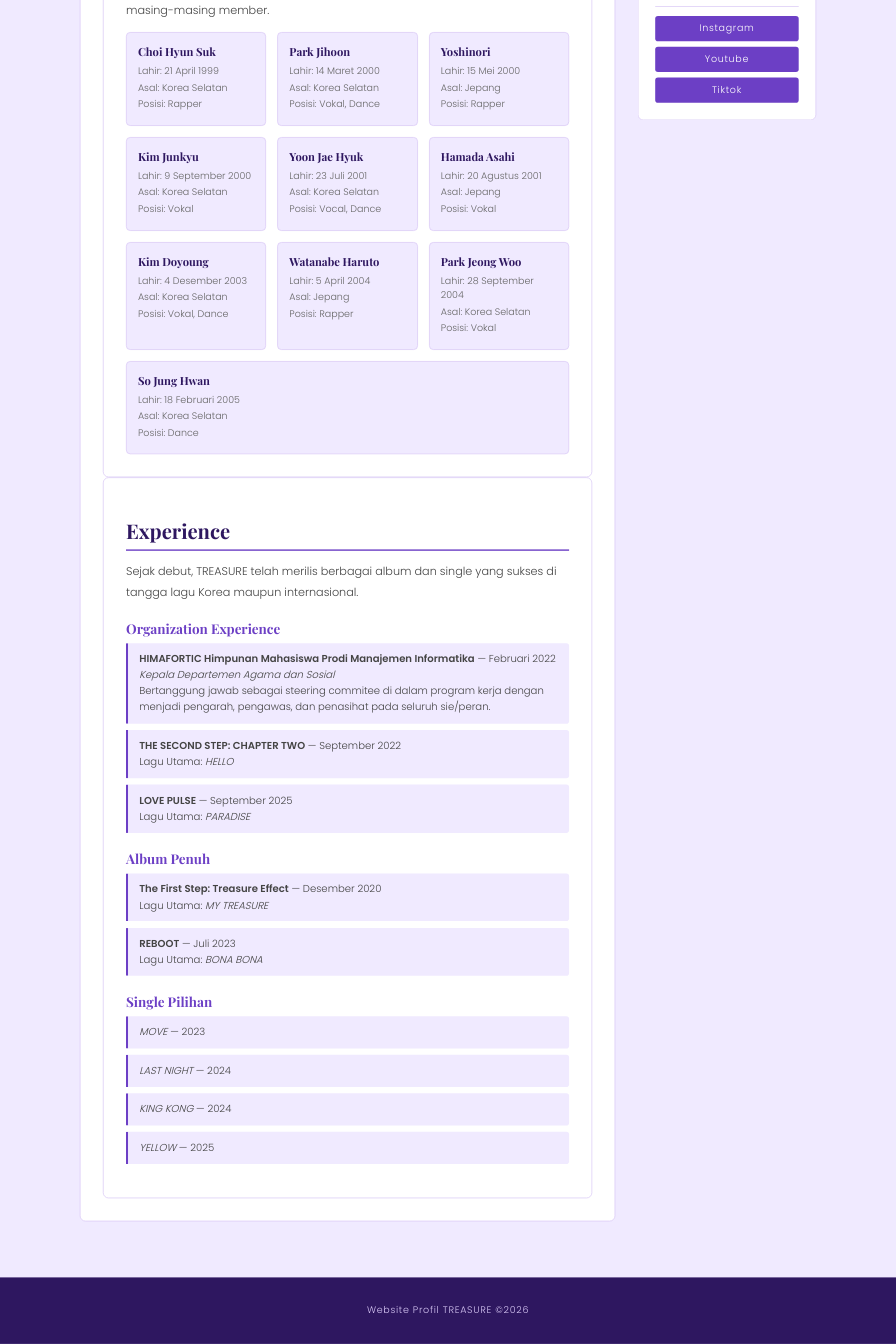
Repository: VergiMutiaRahmasyani/Website-Portofolio
Page: index.html
An editor plug-in stored every save of this project. The page is shown before and after the next save, followed by the edit.
The browser window is 1280 px wide. The pictures show the part of the page from y = 967 to 2887 px (the page is 2887 px tall before and 2849 px after), at 70% of full size.

Above is the page before, as saved 2026-03-07 11:42:45.

### index.html
<!DOCTYPE html>
<html>
    <head>
        <meta charset="utf-8" />
        <meta name="viewport" content="width=device-width, initial-scale=1.0" />
        <title>Portofolio Vergi</title>

        <!-- My Own CSS -->
        <link rel="stylesheet" href="css/style.css" />

        <!-- Google Fonts -->
        <link rel="preconnect" href="https://fonts.googleapis.com">
        <link rel="preconnect" href="https://fonts.gstatic.com" crossorigin>
        <link href="https://fonts.googleapis.com/css2?family=Playfair+Display:wght@400;700&family=Poppins:wght@300;400;600&display=swap" rel="stylesheet">
    </head>

    <body>

        <!-- HEADER -->
        <header class="site-header">

            <!-- NAVBAR -->
            <div class="navbar">
                <nav class="nav-list">
                    <ul>
                        <li><a href="#About">About Me</a></li>
                        <li><a href="#Work">Work</a></li>
                        <li><a href="Project">Project</a></li>
                        <li><a href="#Education">Education</a></li>
                        <li><a href="Organization">Organization</a></li>
                        <li><a href="https://drive.google.com/file/d/13-ep7ykiG-k7d2KfzBZSPx55XoqW1qHe/view?usp=sharing" target="_blank"> Resume</a></li>
                    </ul>
                </nav>
            </div>

            <div class="hero">
                <div class="hero-overlay">
                    <h1>Welcome, <br> To My Portofolio!</h1>
                </div>
            </div>

        </header>

        <!-- MAIN -->
        <main>
            <div class="content-wrapper">
                <div id="content">
                    <article id="About">
                        <h2>About Me</h2>
                        <p>
                            Saya seorang mahasiswa semester 6 Program Studi Manajemen Informatika di Universitas yang memiliki rasa
                            ingin tahu dan semangat yang besar. Dengan memiliki peminatan pada UI/UX Design dan Web Development,
                            saya telah berpengalaman dalam menciptakan solusi digital yang user-friendly dan berdampak. Melalui
                            kombinasi hard skills dan soft skills yang saya miliki, saya siap untuk beradaptasi dan memberikan kontribusi
                            nyata pada setiap proyek yang dijalankan.
                        </p>


                    <article id="Project">
                        <h2>Featured Project</h2>
                        <p>
                            TREASURE saat ini memiliki 10 anggota aktif. Berikut adalah profil singkat masing-masing member.
                        </p>

                        <div class="member-list">
                            <div class="member-card">
                                <h3>Choi Hyun Suk</h3>
                                <p>Lahir: 21 April 1999</p>
                                <p>Asal: Korea Selatan</p>
                                <p>Posisi: Rapper</p>
                            </div>
                            <div class="member-card">
                                <h3>Park Jihoon</h3>
                                <p>Lahir: 14 Maret 2000</p>
                                <p>Asal: Korea Selatan</p>
                                <p>Posisi: Vokal, Dance</p>
                            </div>
                            <div class="member-card">
                                <h3>Yoshinori</h3>
                                <p>Lahir: 15 Mei 2000</p>
                                <p>Asal: Jepang</p>
                                <p>Posisi: Rapper</p>
                            </div>
                            <div class="member-card">
                                <h3>Kim Junkyu</h3>
                                <p>Lahir: 9 September 2000</p>
                                <p>Asal: Korea Selatan</p>
                                <p>Posisi: Vokal</p>
                            </div>
                            <div class="member-card">
                                <h3>Yoon Jae Hyuk</h3>
                                <p>Lahir: 23 Juli 2001</p>
                                <p>Asal: Korea Selatan</p>
                                <p>Posisi: Vocal, Dance</p>
                            </div>
                            <div class="member-card">
                                <h3>Hamada Asahi</h3>
                                <p>Lahir: 20 Agustus 2001</p>
                                <p>Asal: Jepang</p>
                                <p>Posisi: Vokal</p>
                            </div>
                            <div class="member-card">
                                <h3>Kim Doyoung</h3>
                                <p>Lahir: 4 Desember 2003</p>
                                <p>Asal: Korea Selatan</p>
                                <p>Posisi: Vokal, Dance</p>
                            </div>
                            <div class="member-card">
                                <h3>Watanabe Haruto</h3>
                                <p>Lahir: 5 April 2004</p>
                                <p>Asal: Jepang</p>
                                <p>Posisi: Rapper</p>
                            </div>
                            <div class="member-card">
                                <h3>Park Jeong Woo</h3>
                                <p>Lahir: 28 September 2004</p>
                                <p>Asal: Korea Selatan</p>
                                <p>Posisi: Vokal</p>
                            </div>
                            <div class="member-card">
                                <h3>So Jung Hwan</h3>
                                <p>Lahir: 18 Februari 2005</p>
                                <p>Asal: Korea Selatan</p>
                                <p>Posisi: Dance</p>
                            </div>
                        </div>
                    </article>

                    <article id="pengalaman">
                        <h2>Experience</h2>
                        <p>
                            Sejak debut, TREASURE telah merilis berbagai album dan single yang sukses di tangga lagu Korea maupun internasional.
                        </p>

                        <h3> Organization Experience </h3>
                        <ul class="pengalaman-list">
                            <li>
                                <strong>HIMAFORTIC Himpunan Mahasiswa Prodi Manajemen Informatika</strong> — Februari 2022
                                <br><em>Kepala Departemen Agama dan Sosial</em>
                                <br>Bertanggung jawab sebagai steering commitee di dalam program kerja dengan menjadi pengarah,
                                pengawas, dan penasihat  pada seluruh sie/peran.
                            </li>
                            <li>
                                <strong>THE SECOND STEP: CHAPTER TWO</strong> — September 2022
                                <br>Lagu Utama: <em>HELLO</em>
                            </li>
                            <li>
                                <strong>LOVE PULSE</strong> — September 2025
                                <br>Lagu Utama: <em>PARADISE</em>
                            </li>
                        </ul>

                        <h3>Album Penuh</h3>
                        <ul class="pengalaman-list">
                            <li>
                                <strong>The First Step: Treasure Effect</strong> — Desember 2020
                                <br>Lagu Utama: <em>MY TREASURE</em>
                            </li>
                            <li>
                                <strong>REBOOT</strong> — Juli 2023
                                <br>Lagu Utama: <em>BONA BONA</em>
                            </li>
                        </ul>

                        <h3>Single Pilihan</h3>
                        <ul class="pengalaman-list">
                            <li><em>MOVE</em> — 2023</li>
                            <li><em>LAST NIGHT</em> — 2024</li>
                            <li><em>KING KONG</em> — 2024</li>
                            <li><em>YELLOW</em> — 2025</li>
                        </ul>
                    </article>

                </div>

                <!-- ASIDE -->
                <aside>
                    <div class="aside-inner">
                        <h3>Info Singkat</h3>
                        <img src="https://assets.promediateknologi.id/crop/102x655:921x1098/750x0/webp/photo/2023/07/03/F0HwG4daEAE8TSh-2407782942.jpg" alt="Logo TREASURE" class="aside-img" />
                        <ul class="aside-info">
                            <li><strong>Debut:</strong> 7 Agustus 2020</li>
                            <li><strong>Agensi:</strong> YG Entertainment</li>
                            <li><strong>Member:</strong> 10 orang</li>
                            <li><strong>Fandom:</strong> TREASURE MAKER</li>
                            <li><strong>Genre:</strong> K-Pop, Hip-Hop, R&B</li>
                        </ul>

                        <h3>Media Sosial</h3>
                        <ul class="aside-social">
                            <li><a href="https://www.instagram.com/yg_treasure_official/" target="_blank">Instagram</a></li>
                            <li><a href="https://www.youtube.com/@TREASURE" target="_blank">Youtube</a></li>
                            <li><a href="https://tiktok.com/@yg_treasure_tiktok" target="_blank">Tiktok</a></li>
                        </ul>
                    </div>
                </aside>
            </div>

        </main>

        <!-- FOOTER -->
        <footer>
            <p>Website Profil TREASURE &copy;2026 </p>
        </footer>

    </body>
</html>

### css/style.css
*,
*::before,
*::after {
    box-sizing: border-box;
}

/* =====================
   PALET WARNA UNGU
   --ungu-gelap   : #2e1760  (navbar, footer)
   --ungu-utama   : #6c3fc5  (aksen utama)
   --ungu-sedang  : #9b6ee0  (hover, border)
   --ungu-muda    : #d8c8f5  (border ringan)
   --ungu-pucat   : #f0eaff  (background halaman)
   ===================== */

body {
    font-family: 'Poppins', sans-serif;
    font-weight: 300;
    background-color: #f0eaff;
    color: #1a1a1a;
    margin: 0;
}


/* =====================
   HEADER
   ===================== */

header.site-header {
    background-color: #2e1760;
    color: white;
}

/* NAVBAR */
header.site-header .navbar {
    padding: 1rem 2rem;
    position: fixed;
    top: 0;
    left: 0;
    right: 0;
    width: 100%;
    z-index: 999;
    background-color: #2e1760;
}

header.site-header .nav-list ul {
    list-style: none;
    padding: 0;
    margin: 0;

    display: flex;
    justify-content: center;
    gap: 2rem;
}

header.site-header .nav-list li a {
    text-decoration: none;
    color: #d8c8f5;
    font-size: 0.9rem;
    font-weight: 400;
    letter-spacing: 1px;
    transition: color 0.2s ease;
}

header.site-header .nav-list li a:hover {
    color: white;
}

/* HERO */
header.site-header .hero {
    position: relative;
    width: 100%;
    height: 420px;
    overflow: hidden;
    margin-top: 57px;
}

header.site-header .hero .hero-img {
    width: 100%;
    height: 100%;
    object-fit: cover;
    object-position: top;
    opacity: 0.4;
    display: block;
}

header.site-header .hero .hero-overlay {
    position: absolute;
    inset: 0;

    display: flex;
    align-items: center;
    justify-content: center;
}

header.site-header .hero .hero-overlay h1 {
    font-family: 'Playfair Display', serif;
    font-size: 5rem;
    letter-spacing: 10px;
    color: white;
    margin: 0;
    text-align: center;
}


/* =====================
   MAIN & LAYOUT
   ===================== */

main {
    max-width: 1100px;
    margin-inline: auto;
    padding: 2rem 1.5rem;
}

.content-wrapper {
    display: flex;
    gap: 2rem;
    align-items: flex-start;
}

#content {
    flex: 3;

    display: flex;
    flex-direction: column;
    gap: 2rem;
}


/* =====================
   ARTICLE
   ===================== */

article {
    background-color: white;
    border: 1px solid #d8c8f5;
    border-radius: 8px;
    padding: 2rem;
}

article h2 {
    font-family: 'Playfair Display', serif;
    font-size: 1.8rem;
    margin-bottom: 1rem;
    padding-bottom: 0.5rem;
    border-bottom: 2px solid #6c3fc5;
    color: #2e1760;
}

article h3 {
    font-family: 'Playfair Display', serif;
    font-size: 1.2rem;
    margin-top: 1.5rem;
    margin-bottom: 0.5rem;
    color: #6c3fc5;
}

article p {
    line-height: 1.8;
    margin-bottom: 1rem;
    color: #444;
}


/* =====================
   TABEL INFO
   ===================== */

.info-table {
    width: 100%;
    border-collapse: collapse;
    margin-top: 1.5rem;
}

.info-table th,
.info-table td {
    padding: 0.6rem 1rem;
    text-align: left;
    border-bottom: 1px solid #d8c8f5;
    font-size: 0.95rem;
}

.info-table th {
    width: 35%;
    font-weight: 600;
    color: #2e1760;
    background-color: #f0eaff;
}

.info-table td {
    color: #444;
}


/* =====================
   MEMBER CARDS
   ===================== */

.member-list {
    display: flex;
    flex-wrap: wrap;
    gap: 1rem;
    margin-top: 1rem;
}

.member-card {
    flex: 1 1 160px;
    background-color: #f0eaff;
    border: 1px solid #d8c8f5;
    border-radius: 6px;
    padding: 1rem;
}

.member-card h3 {
    font-size: 1rem;
    margin-top: 0;
    margin-bottom: 0.5rem;
    color: #2e1760;
}

.member-card p {
    font-size: 0.85rem;
    color: #666;
    margin: 0.2rem 0;
    line-height: 1.5;
}


/* =====================
   ALBUM LIST
   ===================== */

.pengalaman-list {
    list-style: none;
    padding: 0;
    margin: 0.5rem 0 1rem 0;

    display: flex;
    flex-direction: column;
    gap: 0.6rem;
}

.pengalaman-list li {
    padding: 0.7rem 1rem;
    background-color: #f0eaff;
    border-left: 3px solid #6c3fc5;
    border-radius: 0 4px 4px 0;
    font-size: 0.9rem;
    color: #444;
    line-height: 1.6;
}


/* =====================
   ASIDE
   ===================== */

aside {
    flex: 1;
    position: sticky;
    top: 80px;
}

aside .aside-inner {
    background-color: white;
    border: 1px solid #d8c8f5;
    border-radius: 8px;
    padding: 1.5rem;
}

aside h3 {
    font-family: 'Playfair Display', serif;
    font-size: 1.1rem;
    margin-top: 1.2rem;
    margin-bottom: 0.8rem;
    padding-bottom: 0.4rem;
    border-bottom: 1px solid #d8c8f5;
    color: #2e1760;
}

aside h3:first-child {
    margin-top: 0;
}

.aside-img {
    width: 100%;
    max-width: 250px;
    height: 200px;
    object-fit: cover;
    object-position: top;
    display: block;
    margin: 0.5rem auto 1rem auto;
    border-radius: 6px;
}

.aside-info {
    list-style: none;
    padding: 0;
    margin: 0;

    display: flex;
    flex-direction: column;
    gap: 0.4rem;
}

.aside-info li {
    font-size: 0.85rem;
    color: #444;
    line-height: 1.6;
}

.aside-social {
    list-style: none;
    padding: 0;
    margin: 0;

    display: flex;
    flex-direction: column;
    gap: 0.5rem;
}

.aside-social li a {
    display: block;
    text-align: center;
    padding: 0.5rem;
    background-color: #6c3fc5;
    color: white;
    text-decoration: none;
    border-radius: 4px;
    font-size: 0.85rem;
    letter-spacing: 1px;
    transition: background-color 0.2s ease;
}

.aside-social li a:hover {
    background-color: #9b6ee0;
}


/* =====================
   FOOTER
   ===================== */

footer {
    background-color: #2e1760;
    color: #d8c8f5;
    text-align: center;
    padding: 1.5rem;
    margin-top: 3rem;
    font-size: 0.85rem;
    letter-spacing: 1px;
}


/* =====================
   RESPONSIVE
   ===================== */

@media screen and (max-width: 768px) {
    header.site-header .nav-list ul {
        flex-wrap: wrap;
        justify-content: center;
        gap: 0.8rem;
    }

    .content-wrapper {
        flex-direction: column;
    }

    aside {
        position: static;
        width: 100%;
    }

    .member-card {
        flex: 1 1 130px;
    }
}

After the next save:
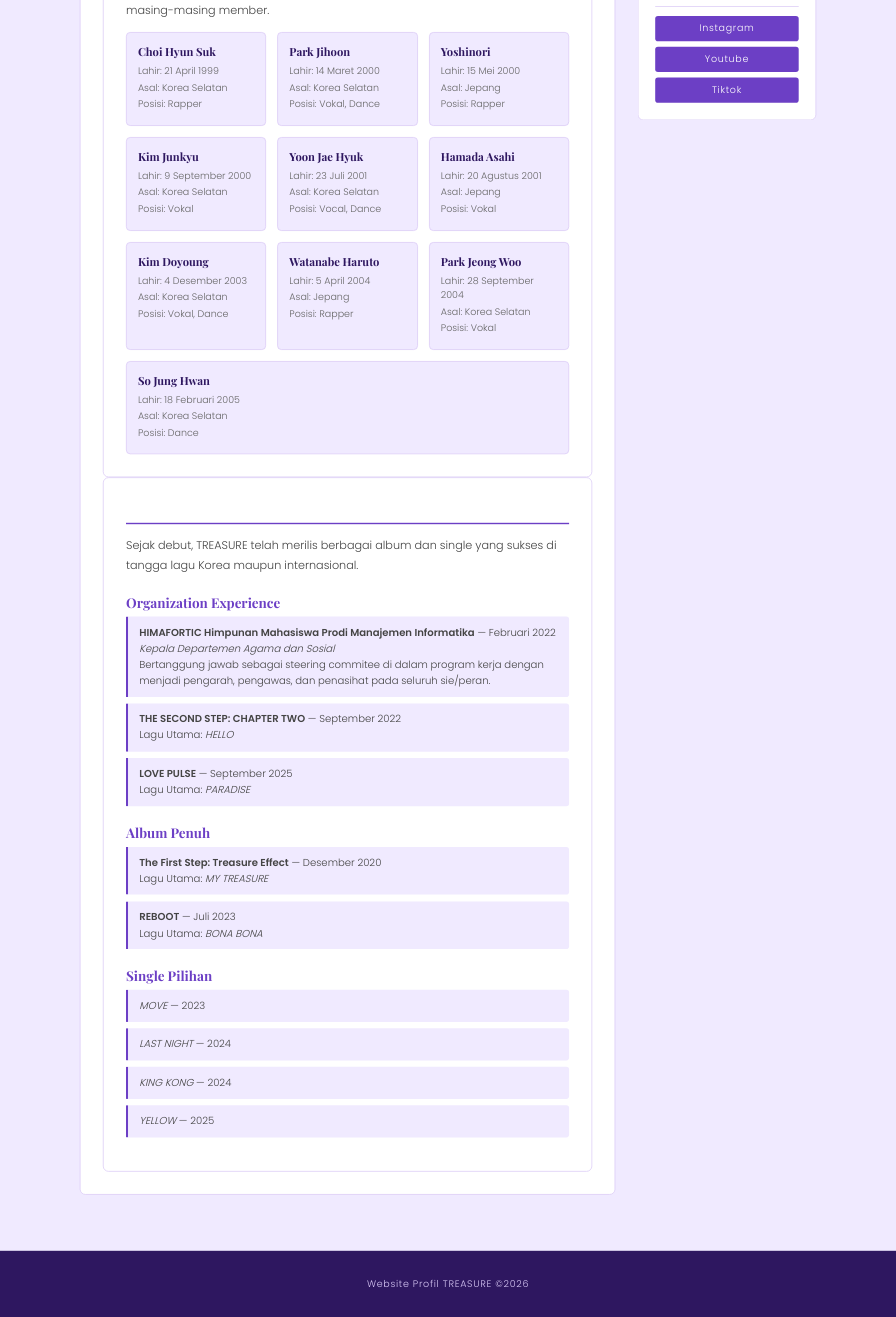
Saved 14 s later.
--- a/index.html
+++ b/index.html
@@ -127,7 +127,7 @@
                     </article>
 
                     <article id="pengalaman">
-                        <h2>Experience</h2>
+                        <h2></h2>
                         <p>
                             Sejak debut, TREASURE telah merilis berbagai album dan single yang sukses di tangga lagu Korea maupun internasional.
                         </p>

After the save that followed:
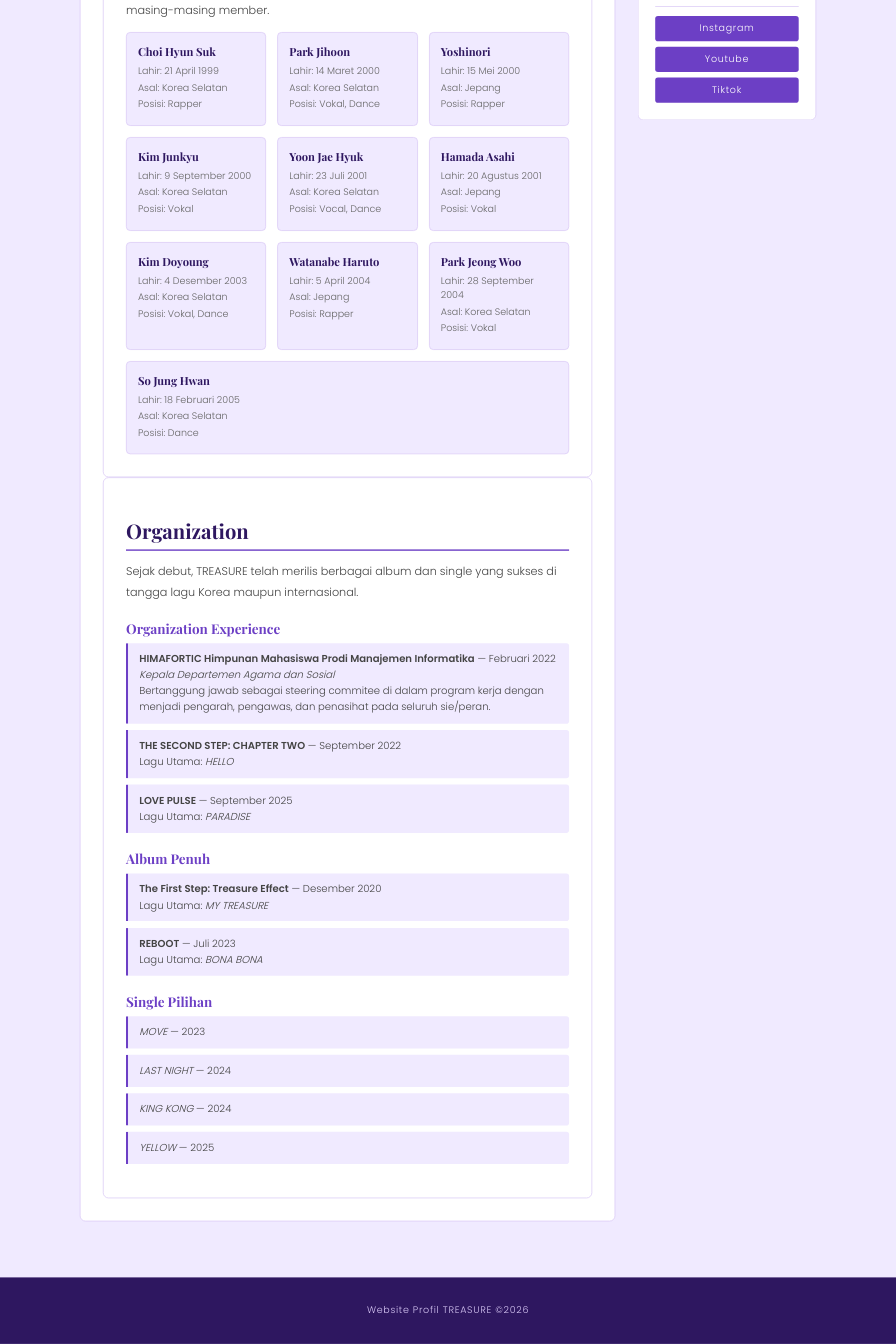
Saved 5 s later.
--- a/index.html
+++ b/index.html
@@ -127,7 +127,7 @@
                     </article>
 
                     <article id="pengalaman">
-                        <h2></h2>
+                        <h2>Organization</h2>
                         <p>
                             Sejak debut, TREASURE telah merilis berbagai album dan single yang sukses di tangga lagu Korea maupun internasional.
                         </p>
